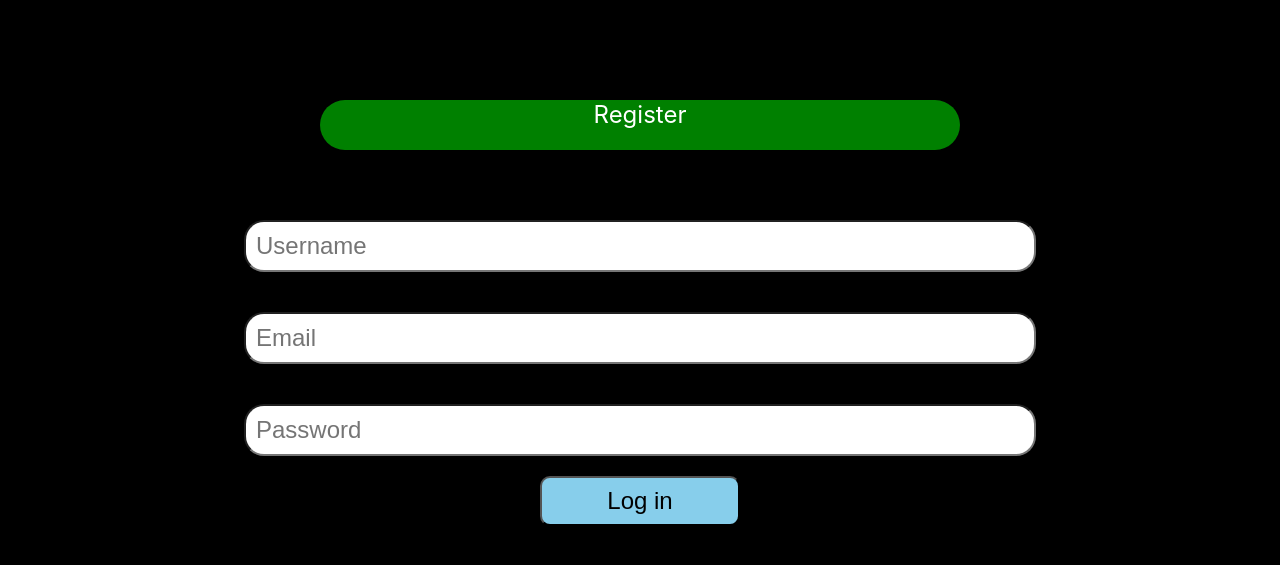
Repository: abhaysharma20233009/swiftKey
Page: /login (app in frontend/my-app/)
These files come from the project's save history. The page is drawn as it stood at one moment and after the next save; the edit follows.
The browser window is 1280 px wide. The pictures show the whole page.
The project was rebuilt for these pictures with package versions that can differ from the ones it lists, and the page was loaded fresh each time. Also part of the build but not shown: frontend/my-app/src/Swifts.js, frontend/my-app/src/Results.js.

Above is the page before, as saved 2024-10-10 19:59:40.

### frontend/my-app/src/App.js
//App.js

import './App.css';
import React from 'react';
import { BrowserRouter as Router, Route, Routes } from 'react-router-dom';
import Swift from './Swifts';
import Results from './Results';
import Login from './Login';
const App = () => {
    return (
        <Router>
			<div className="App">
            <Routes>
                <Route path="/" element={<Swift />} />
                <Route path="/results" element={<Results />} />
                <Route path="/login" element={<Login />} />
            </Routes>
			</div>
        </Router>
    );
};

export default App;

### frontend/my-app/src/App.css
.App {
  text-align: center;
  color:white;
}

body{
  background-color:black;
}

.log{
  color:black;
  margin-left: 10px;
  margin-right: 10px;
  background-color: skyblue;
  border-radius: 10px;
  height:50px;
  width:200px;
  justify-self: end;
  font-size: x-large;
}




.in{
  border-radius:20px;
  font-size: 24px;
  width: 60%;
  padding: 10px;
  margin: 20px 0;
}

.hea{
  margin-top: 100px;
  margin-bottom: 50px;
  margin-left:25%;
  background-color: lightgray;
  font-size: 24px;
  background-color:green;
  width:50%;
  height:50px;
  border-radius:30px;
  text-align: center;
}

.lo{
  text-align:center;
}
.Timer{
  height:50px;
  font-size:30px;
  margin-bottom: 10px;
  background-color:green;
  width:50px;
  margin-left:48%;
  border-radius: 15px;
}

### frontend/my-app/src/Login.js
// Register.js
import React, { useState } from 'react';
import { useNavigate } from 'react-router-dom';
const Login = () => {
    const [username, setUsername] = useState('');
    const [email, setEmail] = useState('');
    const [password, setPassword] = useState('');

    const navigate = useNavigate();
    const fetchUser = async () => {
        try {
            await fetch('http://localhost:7000/login');

        } catch (error) {
            console.error('Error fetching messages:', error);
        }
    };

    const log = async () => {
        try {
            navigate('/', { state: { username,email } });
            const response = await fetch('http://localhost:7000/login', {
                method: 'POST',
                headers: {
                    'Content-Type': 'application/json',
                },
                body: JSON.stringify({ userName: username, email, password }),
            });

            if (!response.ok) {
                const errorData = await response.json();
                alert(errorData.message || errorData.error);
                return;
            }else{
                alert("user successfully registered");
            }
            // Reset fields
            setUsername('');
            setPassword('');

            // Navigate to Swifts with username

            await fetchUser();

        } catch (error) {
            console.error('Error login:', error);
        }
    }


    return (
        <div>
            <div  className='hea'>Register</div>
            <form className ="form">
                <input
                    className="in"
                    type="text"
                    placeholder="Username"
                    value={username}
                    onChange={(e) => setUsername(e.target.value)}
                    required
                />
                <br/>
                <input
                className="in"
                    type="email"
                    placeholder="Email"
                    value={email}
                    onChange={(e) => setEmail(e.target.value)}
                    required
                />
                <br/>
                <input

                className="in"
                    type="password"
                    placeholder="Password"
                    value={password}
                    onChange={(e) => setPassword(e.target.value)}
                    required
                />
                <br/>
                <button className="log" onClick={log}>Log in</button>
            </form>
        </div>
    );
};

export default Login;

Loaded but not shown: frontend/my-app/public/index.html (common file); frontend/my-app/src/index.js (common file); frontend/my-app/src/index.css (common file); frontend/my-app/src/reportWebVitals.js (common file)

After the next save:
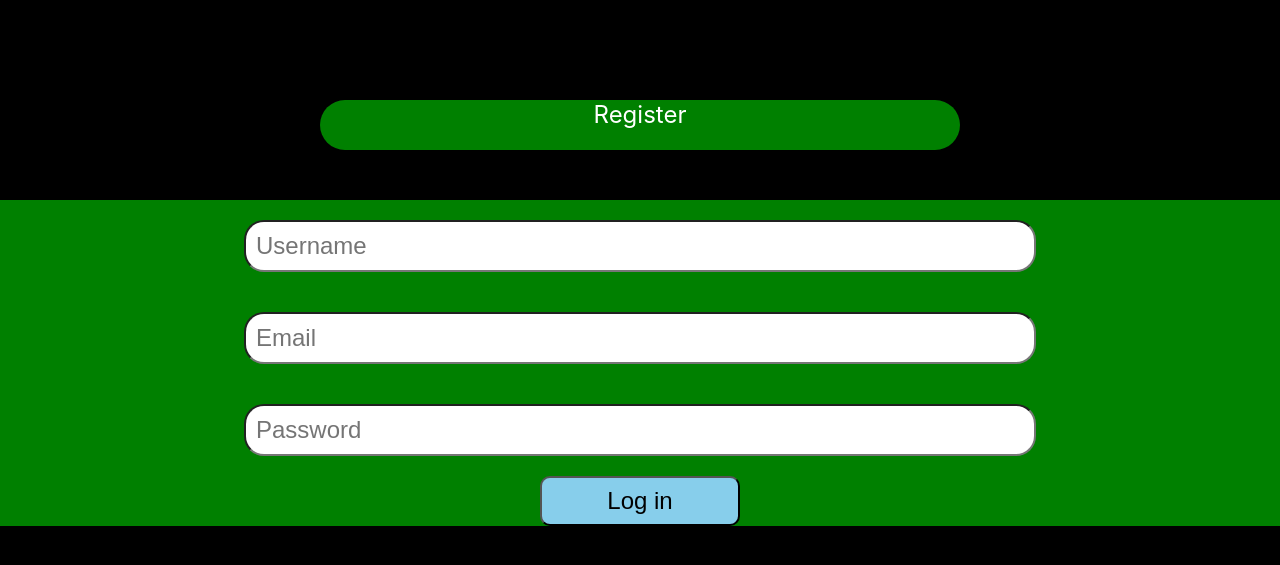
Saved 19 s later.
--- a/frontend/my-app/src/App.css
+++ b/frontend/my-app/src/App.css
@@ -55,3 +55,7 @@ body{
   margin-left:48%;
   border-radius: 15px;
 }
+
+.form{
+  background-color:green;
+}
